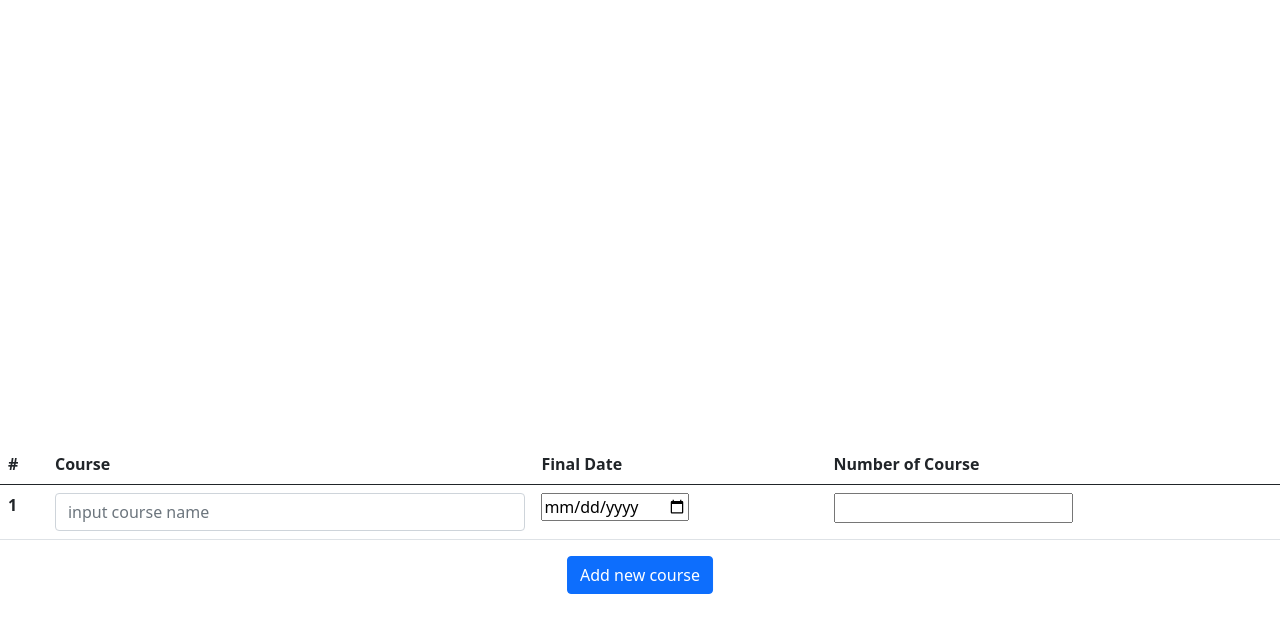
Repository: xich4932/fuxiguanli
Page: index_main.html
The author's editor kept a copy of each file at every save. The page is drawn from the files as they stood at one save, then again after the next save.
The browser window is 1280 px wide. The pictures show the whole page.
After loading, the first visible `button.btn` was clicked once.

Above is the page before, as saved 2021-06-24 14:48:01.

### index_main.html
<!doctype html>
<html lang="en">
  <head>
    <!-- Required meta tags -->
    <meta charset="utf-8">
    <meta name="viewport" content="width=device-width, initial-scale=1">

    <!-- Bootstrap CSS -->
    <link href="https://cdn.jsdelivr.net/npm/bootstrap@5.0.1/dist/css/bootstrap.min.css" rel="stylesheet" integrity="sha384-+0n0xVW2eSR5OomGNYDnhzAbDsOXxcvSN1TPprVMTNDbiYZCxYbOOl7+AMvyTG2x" crossorigin="anonymous">
    <script src="https://cdnjs.cloudflare.com/ajax/libs/jquery/3.6.0/jquery.min.js" integrity="sha512-894YE6QWD5I59HgZOGReFYm4dnWc1Qt5NtvYSaNcOP+u1T9qYdvdihz0PPSiiqn/+/3e7Jo4EaG7TubfWGUrMQ==" crossorigin="anonymous" referrerpolicy="no-referrer"></script>

    <link rel="stylesheet" href="style.css">
    <title>Hello, world!</title>
  </head>
  <body onload="load_table()">

    <!-- Optional JavaScript; choose one of the two! -->

    <!-- Option 1: Bootstrap Bundle with Popper -->
    <script src="https://cdn.jsdelivr.net/npm/bootstrap@5.0.1/dist/js/bootstrap.bundle.min.js" integrity="sha384-gtEjrD/SeCtmISkJkNUaaKMoLD0//ElJ19smozuHV6z3Iehds+3Ulb9Bn9Plx0x4" crossorigin="anonymous"></script>

    <!-- Option 2: Separate Popper and Bootstrap JS -->
    <!--
    <script src="https://cdn.jsdelivr.net/npm/@popperjs/core@2.9.2/dist/umd/popper.min.js" integrity="sha384-IQsoLXl5PILFhosVNubq5LC7Qb9DXgDA9i+tQ8Zj3iwWAwPtgFTxbJ8NT4GN1R8p" crossorigin="anonymous"></script>
    <script src="https://cdn.jsdelivr.net/npm/bootstrap@5.0.1/dist/js/bootstrap.min.js" integrity="sha384-Atwg2Pkwv9vp0ygtn1JAojH0nYbwNJLPhwyoVbhoPwBhjQPR5VtM2+xf0Uwh9KtT" crossorigin="anonymous"></script>
    -->
    <div class="container" id="table_itself">
    <div id="print_table" class="table_style">
      <table class="table" id = "this_table">
        <thead>
          <tr>
            <th scope="col">#</th>
            <th scope="col">Sun</th>
            <th scope="col">Mon</th>
            <th scope="col">Tue</th>
            <th scope="col">Wed</th>
            <th scope="col">Thur</th>
            <th scope="col">Fri</th>
            <th scope="col">Sat</th>
          </tr>
        </thead>
        <tbody id="table_body">

        </tbody>
        </table>
    </div>
    <!--
    <div>
      <div id="course_table" >
        <table class="table" id = "add_course_table">
          <thead>
            <tr>
              <th scope="col">#</th>
              <th scope="col">Course</th>
              <th scope="col">Final Date</th>
              <th scope="col">Number of Course</th>
            </tr>
          </thead>
          <tbody id="course">

            <tr>
              <th scope="row">1</th>
              <td>
                <input class="form-control" type="text" placeholder="input course name" aria-label="default input example" id="course_0">
              </td>
              <td>
                <input type="date" id="final_0">
              </td>
              <td>
                <input type="number" id="num_0">
              </td>
            </tr>

          </tbody>
          </table>
    </div>
    </div>
    -->


    <div class="position-absolute bottom-7 start-50 translate-middle-x">
      <button type="button" class="btn btn-primary" onclick="checking()">Submit</button>
      <!--
      <a class="btn btn-primary" href="class_main.html" style="visibility:hidden;" role="button" id="table_next">Next</a>
      -->
    </div>
  </div>

    <div container style="visibility: hidden;" id="table_next">
      <div>
        <div id="course_table" >
          <table class="table" id = "add_course_table">
            <thead>
              <tr>
                <th scope="col">#</th>
                <th scope="col">Course</th>
                <th scope="col">Final Date</th>
                <th scope="col">Number of Course</th>
              </tr>
            </thead>
            <tbody id="course">

              <tr>
                <th scope="row">1</th>
                <td>
                  <input class="form-control" type="text" placeholder="input course name" aria-label="default input example" id="course_0">
                </td>
                <td>
                  <input type="date" id="final_0">
                </td>
                <td>
                  <input type="number" id="num_0">
                </td>
              </tr>

            </tbody>
            </table>
      </div>
      </div>
      <!--
        <div ">
        <button type="button" class="btn btn-primary" id="addbtn" onclick="printing()">check</button>
      </div>
      -->
        <div>

          <div class="position-absolute bottom- start-50 translate-middle-x">
              <button type="button" class="btn btn-primary" id="addbtn" onclick="add_course()">Add new course</button>

          </div>
    </div>



     <script type="text/javascript" src="script.js" defer="true"></script>
  </body>
</html>

### style.css

.vertical-center {
    margin: 0;
    position: absolute;
    top: 50%;
    -ms-transform: translateY(-50%);
    transform: translateY(-50%);
}
/*
.float{
	position:fixed;
	width:60px;
	height:60px;
	bottom:40px;
	right:40px;
	background-color:#0C9;
	color:#FFF;
	border-radius:50px;
	text-align:center;
	box-shadow: 2px 2px 3px #999;
}
*/
.table_style{
	background-color: whitesmoke;
	width: 80%;
	height: 100%;
	margin: auto;
	border-radius: 1pc;
	border-color: teal;
}

### script.js
function load_table(){
    var table = document.getElementById("table_body")
    //table.innerHTML;
    str = ''
    count = 0;
    window_time = ["6:00-8:00", "8:00-10:00", "10:00-12:00", "12:00-14:00", "14:00-16:00", "16:00-18:00", "18:00-20:00", "20:00-22:00", "22:00-24:00"]
    for(r = 0; r < 9; r++){
        str += '<th scope="row">'+window_time[r]+'</th>'
        for(i = 0; i < 7; i++){
            str += '<td><div class="form-check"><input class="form-check-input" type="checkbox" value="" id="check'+count+'"><label class="form-check-label" for="window'+count+'"></label></div></td>'
            count ++
        }
        str += '</tr>'
    }
    //var arr = [1,2,3,4]
    //test.apply(this ,arr)
    //console.log(arr.join())
    table.innerHTML += str
};

var week = []
function checking(){
    for(var f = 0; f < 7; f++){
        var temp_arr = []
        for( i = f; i <63; i+=7 ){
            if(document.getElementById('check' + String(i)).checked == true){
                console.log(i)
                temp_arr.push(parseInt(i/ 7))
            }
        }
        week.push(temp_arr)
    }
    console.log(week)
    document.getElementById("table_next").style.visibility = "visible"
    document.getElementById("table_itself").style.visibility = "hidden"
}

var total = 1;
//test
/*
week.push([0])
week.push([1,2])
week.push([2,3])
week.push([4])
week.push([5])
week.push([])
week.push([])
*/
var giant_table = []

function add_course(){
    add = document.getElementById("course");
    str = '<tr><th scope="row">'+ (total+1)+'</th><td><input class="form-control" type="text" placeholder="input course name" aria-label="default input example" id="course_'+total+'"></td><td><input type="date" id="final_'+total+'"></td><td><input type="number" id="num_'+total+'"></td></tr>'
    total += 1
    $('#add_course_table tr:last').after(str);
}

function printing(){
    console.log(document.getElementById('final_date1').value)
    console.log(document.getElementById('num_course1').value)
    console.log(document.getElementById('course_1').value)

}


//the day before final is reserved, thus function need to find the actual day of before_fianl
function cal_day(day, month, year){
    if(day != 1){
        day -= 1
        if(day < 10){
            //return String(year)+String(month)+'0'+String(day)
            return year.toString() + month.toString() + '0' + day.toString()
        }else{
            //return String(year)+String(month)+String(day)
            return year.toString() + month.toString()  + day.toString()
        }
    }else if(!(month == 1 && day == 1)){
        //month - 1 which is end with 31
        if(month == 1 || month == 2 || month == 4 || month == 6 || month == 8 || month == 9 || month == 11){
            month = (month - 1)%12
            if(month < 10){
                return String(year) + '0' + String(month) + "31"
            }else{
                return String(year) + String(month) + "31"
            }

        }else if(month == 3){//month - 1 is Feb, we need to check whether is leap year
            month = 2;
            if(((year % 4 == 0) && (year % 100 != 0)) || (year % 400 == 0)){
                day = 29
            }else{
                day = 28
            }
            return String(year) + String(month) + String(day)
        }else{
            //month - 1 which is end with 30
            month = (month - 1)%12
            if(month < 10){
                return String(year) + '0' + String(month) + "30"
            }else{
                return String(year) + String(month) + "30"
            }
        }
    }else{
        //when is the first day of year, year - 1
        year -= 1
        return String(year) + "1231"
    }
}
/*
cal_day(21,2,1999)
cal_day(1,3,2020)
cal_day(1,3,2021)
cal_day(1,10,2021)
*/

function cal_next_day(day, month, year){
    if(month == 1 || month == 3 || month == 5 || month == 7 || month == 8 || month == 10 || month == 12){ // month end in 30 days
        if(month == 12 && day == 31){//next day is new year
            return (year+1).toString() + "0101"
        }
        if(day + 1 <= 31){
            if(day + 1 < 10){
                day = "0" + (day + 1).toString()
            }else{
                day = (day + 1).toString()
            }
        }else{
            day = "01"
            month +=1
        }
        if(month < 10){
            month = "0" + month.toString()
        }else{
            month = month.toString()
        }
    }
    else if(month == 2){
        var max_day = 0;
        month = "03"
        if(((year % 4 == 0) && (year % 100 != 0)) || (year % 400 == 0)){
            //day = 29
            max_day = 29
        }else{
            max_day = 28
        }
        if(day + 1 > max_day){

            day = "01"
        }else{
            day = (day + 1).toString()
            if(day < 9){
                day = "0" + (day + 1).toString()
            }else{
                day = (day + 1).toString()
            }
        }
    }else{
        //month end in 30 days
        if(day + 1 <= 30){
            if(day + 1 < 10){
                day = "0" + (day + 1).toString()
            }else{
                day = (day + 1).toString()
            }
        }else{
            month += 1
            day = "01"
        }
        if(month  < 10){
            month = "0" + month.toString()
        }else{
            month = month.toString()
        }

    }
    return String(year)+String(month)+String(day)
}

function week_handle(){
    for(var e = 0; e < week.size; e++){
        var temep_arr = []
        for(var t = 0; e < week[e].size; t++){
            console.log(week[e][t])
            var taker = ret_window(week[e][t])
            console.log(taker)
            temp_arr.push(taker)
        }
        week[e] = []
        week[e].push(temp_arr)
        temp_arr = []
    }
    //console.log(week.join())
}


var final_arr=[]; // final dates
var before_final = [] //the days before final
var course_arr = []; //course name
var num_arr = [] //number of topic of final for review
var start_day = []//start day of
//var time_end = []//
var exclude_final = [] // exclude from review days
var exclude_str = "" //for RRULE
var icsFile = null;
var event_str = ""
var until = []
var start1 = ""
var start2 = ""
var window_str = ""
var special_id = [] //record UID of calendar task,
var count_fail = 0 //when fail = number of course, function stops
var remain_day = [] //record timewindow that has been used
//var final = []

function create() {
    for(var i = 0; i < total; i++){
        final_arr.push(document.getElementById("final_"+String(i)).value)
        num_arr.push(document.getElementById("num_"+String(i)).value)
        course_arr.push(document.getElementById("course_"+String(i)).value)
    }
   console.log(final_arr.join())
   console.log(course_arr.join())
   console.log(num_arr.join())
    console.log("week: ", week.join())
    //handle week array
    week_handle()

   //total = 2;
   var today = new Date();
   year = today.getFullYear()
   month = today.getMonth() + 1
   day = today.getDate()
   year_str = year.toString()
   month_str = month > 9? month.toString(): "0"+month.toString()
   day_str = day > 9? day.toString(): "0"+day.toString()
    start_day = cal_next_day(day_str, month_str, year_str)
    for(var i = 0; i < total; i++){
        console.log(final_arr[i].substring(0, 4))
        console.log(final_arr[i].substring(5, 7))
        console.log(final_arr[i].substring(8))
        console.log(cal_day((final_arr[i].substring(0, 4)),(final_arr[i].substring(5, 7)), (String(final_arr[i].substring(8)))))
        before_final.push(cal_day(final_arr[i].substring(8), final_arr[i].substring(5, 7), final_arr[i].substring(0, 4)))
        final_arr[i] = final_arr[i].substring(0, 4).toString() + final_arr[i].substring(5, 7).toString() + final_arr[i].substring(8).toString()
        special_id.push(Math.random().toString(36).substring(2))
    }
    //total /= 2
    console.log(final_arr.join())
    console.log(before_final.join())
    //start writing ics file
    day = today.getDay()
    day = (day + 1) % 7
    var idx = day;
    var starter = year.toString() +  month.toString() +  day.toString()
    var  temp_start = starter
    while(count_fail < total){
        temp_start  = starter
        while(temp_start != before_final[idx]){
            for(var ss = 0; ss < week[idx].size(); ss++){
                var start_str = (week[idx][ss]).toString()
            }
            createEvent_review(special_id[idx], course_arr[idx], temp_start, idx)
        }

    }
    ret_window()
    review_windows()
    automator()
   var final_ics = createEvent_final()
   //makeIcsFile()
   var ready = document.getElementById("downbtn")
   ready.href = makeIcsFile()
   document.getElementById("downbtn").style.visibility = "visible"
}

function check_reserved(tocheck){
    remain_day.map(x =>  {
        if(x == tocheck)
        return true
    })
    return false
}
/*
function exdate_working(){
    var temp_size = total / 2
    for(var t =0; t < total; t+=2){
        var str = ""
        str = String(final_arr[t].substring(0,4)) + String(final_arr[t].substring(5,7)) + String(final_arr[t].substring(8)) + 'T' + "000000"
        time_start.push(str)
        console.log("im in func")
    }
}
 */
/*
function time_to_start(){
   // console.log(final_arr.join())
    for(var t =0; t < total; t+=2){
        var str = ""
        str = String(final_arr[t].substring(0,4)) + String(final_arr[t].substring(5,7)) + String(final_arr[t].substring(8)) + 'T' + "000000"
        time_start.push(str)
        console.log("im in func")
    }
    //console.log(time_start.join())
}

function time_to_end(){
    //console.log(final_arr.join())
    for(var t =1; t <= total; t+=2){
        var str = ""
        str = String(final_arr[t].substring(0,4)) + String(final_arr[t].substring(5,7)) + String(final_arr[t].substring(8)) + 'T' + "235959"
        time_end.push(str)
        console.log("im in fund")
    }
}
 */

/*

 */
function final_rearrange(){
    for(var t =0; t < total ; t++){
        var temp_str = String(final_arr[t].substring(0,4)) + String(final_arr[t].substring(5,7)) + String(final_arr[t].substring(8)) + 'T' + "000000"
        if(t % 2){
            final_arr.push(temp_str)
        }
        exclude_str += temp_str
        exclude_str +=    ','
    }
    //console.log(str)
    //console.log(final_formatted.join())
}
/*
 *  store the time of windows
 *
 */
function ret_window(num){
    if(num == 0){
        start1 = "060000"
        start2 = "080000"
    }else if(num == 1){
        start1 = "080000"
        start2 = "100000"
    }else if(num == 2){
        start1 = "100000"
        start2 = "120000"
    }else if(num == 3){
        start1 = "120000"
        start2 = "140000"
    }else if(num == 4){
        start1 = "140000"
        start2 = "160000"
    }else if(num == 5){
        start1 = "160000"
        start2 = "180000"
    }else if(num == 6){
        start1 = "180000"
        start2 = "200000"
    }else if(num == 7){
        start1 = "200000"
        start2 = "220000"
    }else if(num == 8){
        start1 = "220000"
        start2 = "240000"
    }
    return start1.toString() + start2.toString()
}
/*
function review_windows(){
    var today = new Date()
    for(var d = 0; d < total; d++){
        //window_str =
        time_start.push(String(today.getFullYear()) + String(today.getMonth()+1) + String(today.getDate()) + "T" + window_start)
        time_end.push(String(today.getFullYear()) + String(today.getMonth()+1) + String(today.getDate()) + "T" + window_end)
    }
}
*/

/*
the final day and the days before final is reserved
*/
//var week = []
function calNextDay(month, year, day){
    if(month == 1 || month == 3 || month == 5 || month == 7 || month == 8 || month == 10 | month == 12 ){
        if(day + 1 > 31) return 1;
      //  else return day + 1;
    }else if(month == 4 || month == 6 || month == 9 || month == 11){
        if(day + 1 > 30) return 1;
     //   else return day + 1;
    }else{
        if(year % 4){
            if(day + 1 > 28) return 1;
          //  else return day + 1;
        } //return 28;
        if(!(year % 4) && year % 100){
            if(day + 1 > 29) return 1;
          //  else return day + 1;
        } //return 29; //leap month
        if(year % 100 && !(year % 400)){
            if(day + 1 > 28) return 1;
          //  else return day + 1;
        } //return 28
        else{
            if(day + 1 > 29) return 1;
          //  else return day + 1;
        } //return 29 //leap month
    }
    return day + 1
}



function automator(){
    var today = new Date()
    var sizer = total / 2;
    var temp_event
    console.log(today.getFullYear(), today.getMonth() +1, today.getDate())
    //document.getElementById("")
    time_start = String(today.getFullYear()) + String(today.getMonth()+1) + String(today.getDate()) + 'T000000'
    var weekday = translate_week((today.getDay() + 1) % 7 )
    for(var g = 0; g < sizer; g++){
        event_str += createEvent(course_arr[g], time_start[g], time_end[g] ,  until[g], translate_week(today.getDay()%7) )
    }
}


//return day in code
function translate_week(temp_week){
    switch (temp_week){
        case 0:
            return "SU"
            break;
        case 1:
            return "MO"
            break;
        case 2:
            return "TU"
            break;
        case 3:
            return "WE"
            break;
        case 0:
            return "TH"
            break;
        case 1:
            return "FR"
            break;
        case 2:
            return "SA"
            break;
        default:
            return "MO"
            break;
    }

}


//writing ICS rule

function createEvent_review(id, event_name, start_time, end_time, window) {
    var event_str = ""
    for(var i = 0; i < time_start.length; i++){
       event_str += "BEGIN:VEVENT\n" +
       "UID:" +
       id +
       "\n" +
       "TZID:Asia/Shanghai\n" +
       "DTSTART;VALUE=DATE:" +
       //time_start[i] +
       "\n" +
       "DTEND;VALUE=DATE:" +
      // time_end[i] +
       "\n" +
       "SUMMARY:" +
      // course_arr[i] +
       "\n" +
       "DESCRIPTION:" +
       "review for "+ course_arr[i] +
       "\n" +
       "BEGIN:VALARM\n" +
       "TRIGGER:-PT10M\n" +
       "ACTION:DISPLAY" +
       //"RRULE: FREQ=WEEKLY; WKST=SUN; BYDAY= " + r_week + //"EXDATE="+ exclude_str +
       //"\n" +
       "END:VEVENT\n";
    }
    return event_str
}

var final_str = ""
function createEvent_final() {
    for(var i = 0; i < total; i++){
       event_str += "BEGIN:VEVENT\n" +
       "UID:" +
       Math.random().toString(36).substring(2) +
       "\n" +
       "TZID:Asia/Shanghai\n" +
       "DTSTART;VALUE=DATE:" +
       //time_start[i] +
       final_arr[i] + "T000000"
       "\n" +
       "DTEND;VALUE=DATE:" +
       final_arr[i] + "T235959"
      // time_end[i] +
       "\n" +
       "SUMMARY:" +
       "final for "+ course_arr[i] +
       "\n" +
       "DESCRIPTION:" +
       "final for "+ course_arr[i] +
       "\n" +
       "BEGIN:VALARM\n" +
       "TRIGGER:-PT10M\n" +
       "ACTION:DISPLAY" +
       //"RRULE: FREQ=WEEKLY; WKST=SUN; BYDAY= " + r_week + "EXDATE="+ exclude_str +
       "\n" +
       "END:VEVENT\n";
    }
    return final_str
}



function makeIcsFile(date, summary, description) {
    //event_str =
    //console.log("eventstr: ", event_str)
    var test =
      "BEGIN:VCALENDAR\n" +
      "CALSCALE:GREGORIAN\n" +
      "METHOD:PUBLISH\n" +
      "PRODID:-//Test Cal//EN\n" +
      "VERSION:2.0\n";
     // console.log(event_str)
      test += event_str;

      test += "END:VCALENDAR";
    ///console.log(test)
    var data = new File([test], { type: "text/plain" });

    // If we are replacing a previously generated file we need to
    // manually revoke the object URL to avoid memory leaks.
    if (icsFile !== null) {
      window.URL.revokeObjectURL(icsFile);
    }

    icsFile = window.URL.createObjectURL(data);

    return icsFile;
}

After the next save:
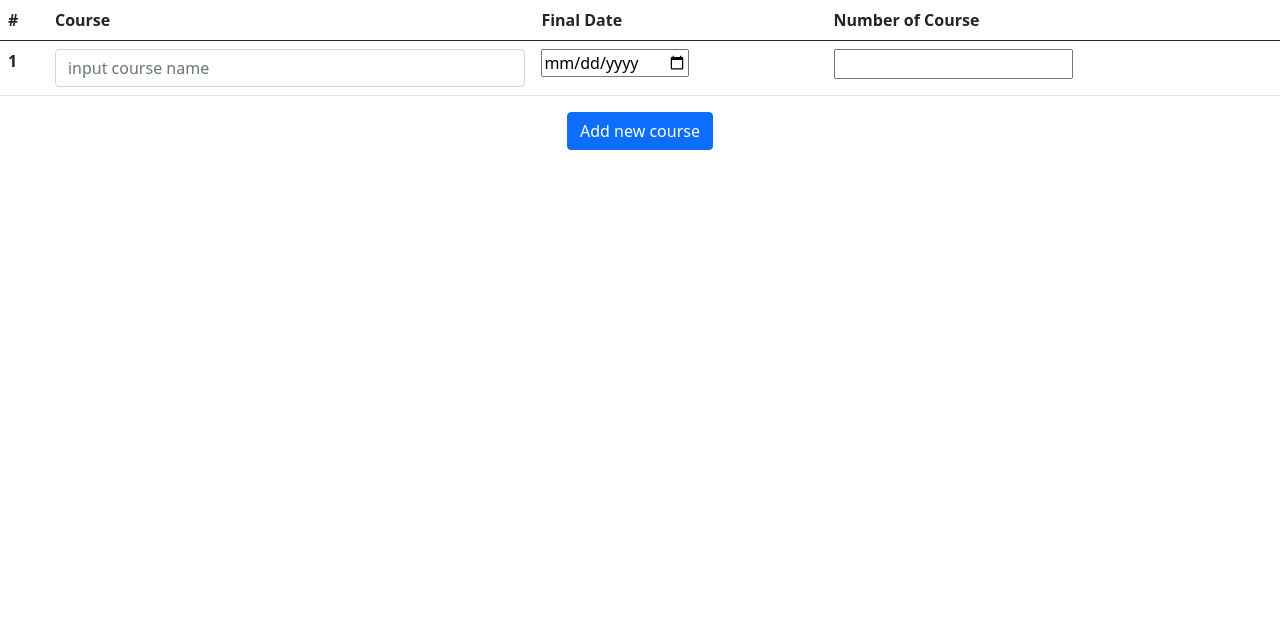
Saved 51 s later.
--- a/script.js
+++ b/script.js
@@ -33,6 +33,7 @@ function checking(){
     console.log(week)
     document.getElementById("table_next").style.visibility = "visible"
     document.getElementById("table_itself").style.visibility = "hidden"
+    document.getElementById("table_itself").style.height = 0
 }
 
 var total = 1;
